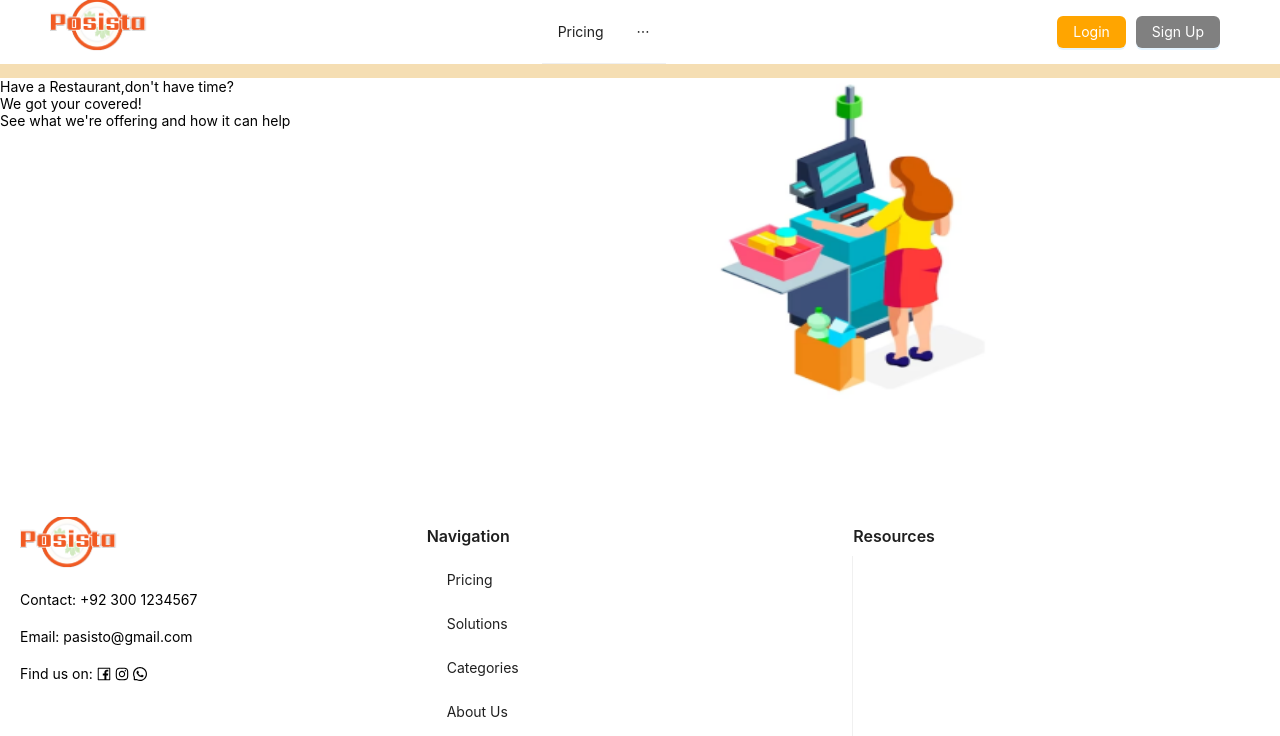
Repository: usmanarshad90/Posista
Page: / (app in test/)
The author's editor kept a copy of each file at every save. The page is drawn from the files as they stood at one save, then again after a run of saves.
The browser window is 1280 px wide. The pictures show the whole page.
The project was rebuilt for these pictures with package versions that can differ from the ones it lists, and the page was loaded fresh each time. Also part of the build but not shown: test/src/components/Pricing/Pricing.jsx, test/src/components/Solution/Solutions.jsx, test/src/components/About/AboutUs.jsx, test/src/components/login/login.jsx, test/src/components/signup/signup.jsx.

Above is the page before, as saved 2023-11-28 14:26:34.

After the next 3 saves:
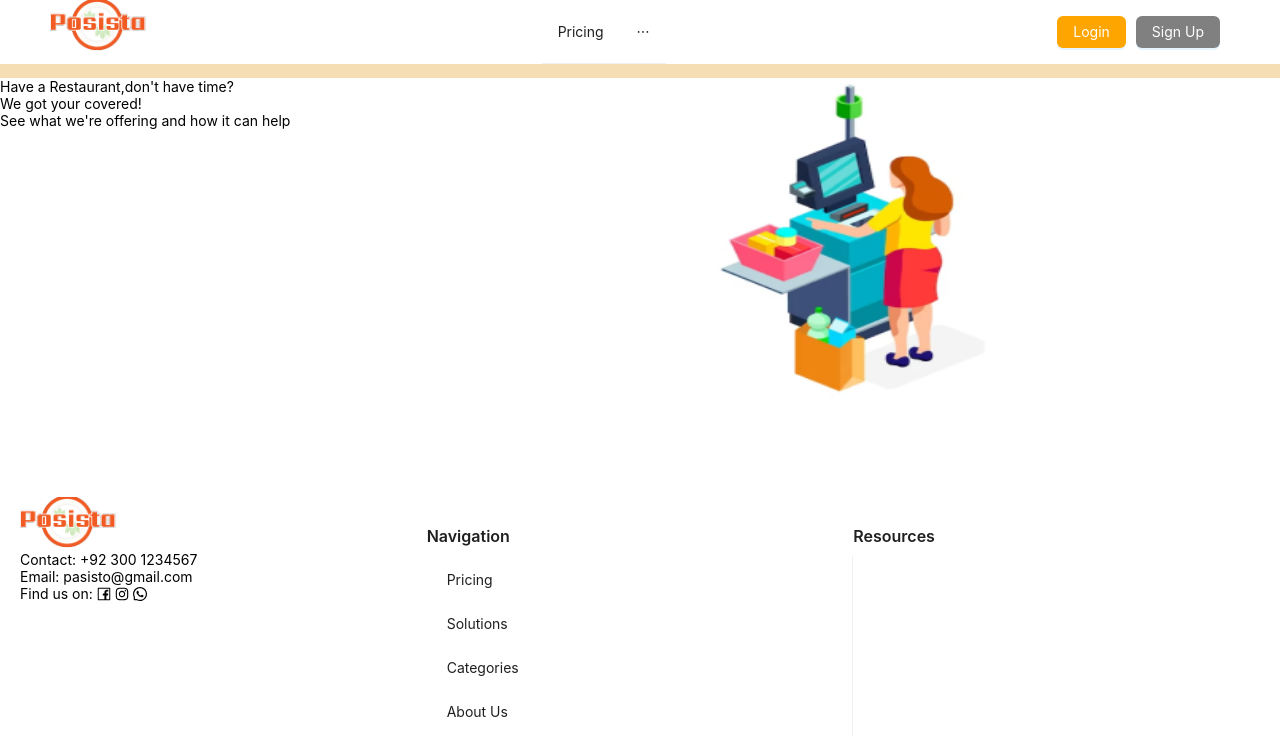
The 3 saves are shown as one change because they came seconds apart.
The last was saved 104 s later.
--- a/test/src/components/Footer/Footer.jsx
+++ b/test/src/components/Footer/Footer.jsx
@@ -12,7 +12,7 @@
   const style = {
     background: '',
     text_align:'left',
-    padding: '10px ',
+    padding: '0px 10px ',
 
 
 

After the save that followed:
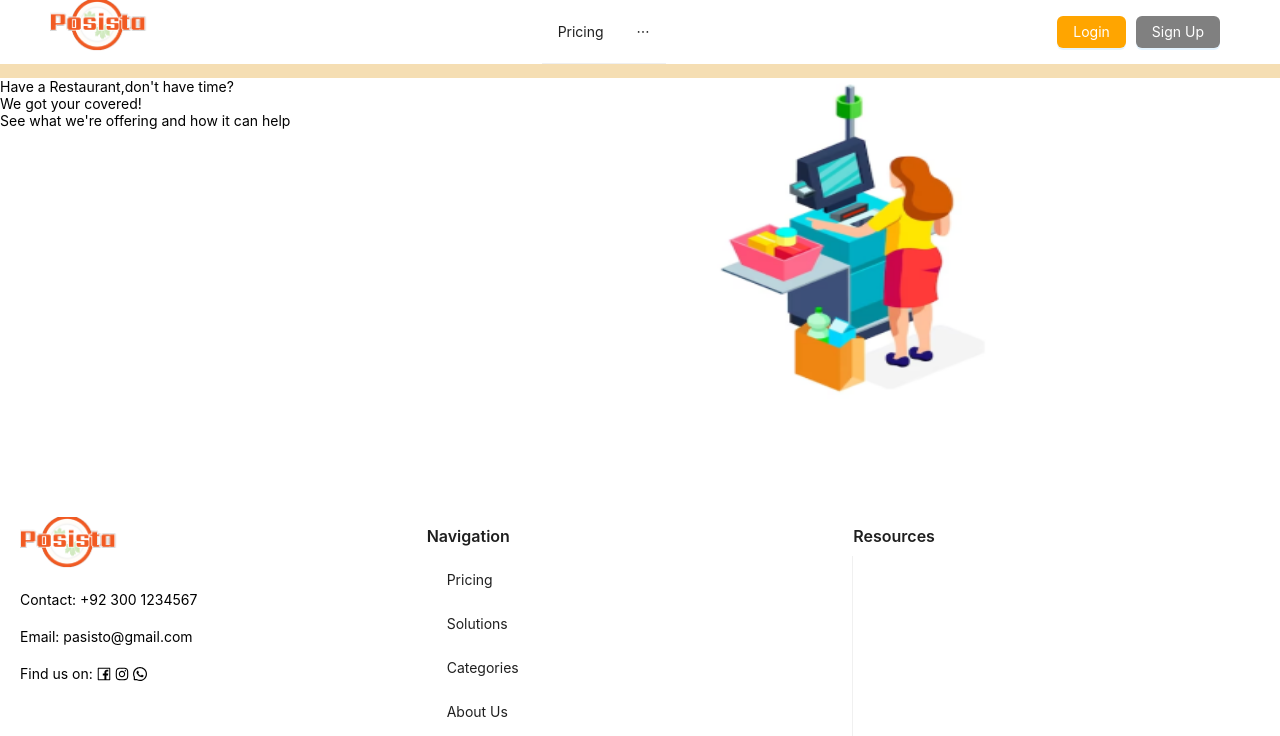
Saved 9 s later.
--- a/test/src/components/Footer/Footer.jsx
+++ b/test/src/components/Footer/Footer.jsx
@@ -12,7 +12,7 @@
   const style = {
     background: '',
     text_align:'left',
-    padding: '0px 10px ',
+    padding: ' 10px ',
 
 
 
